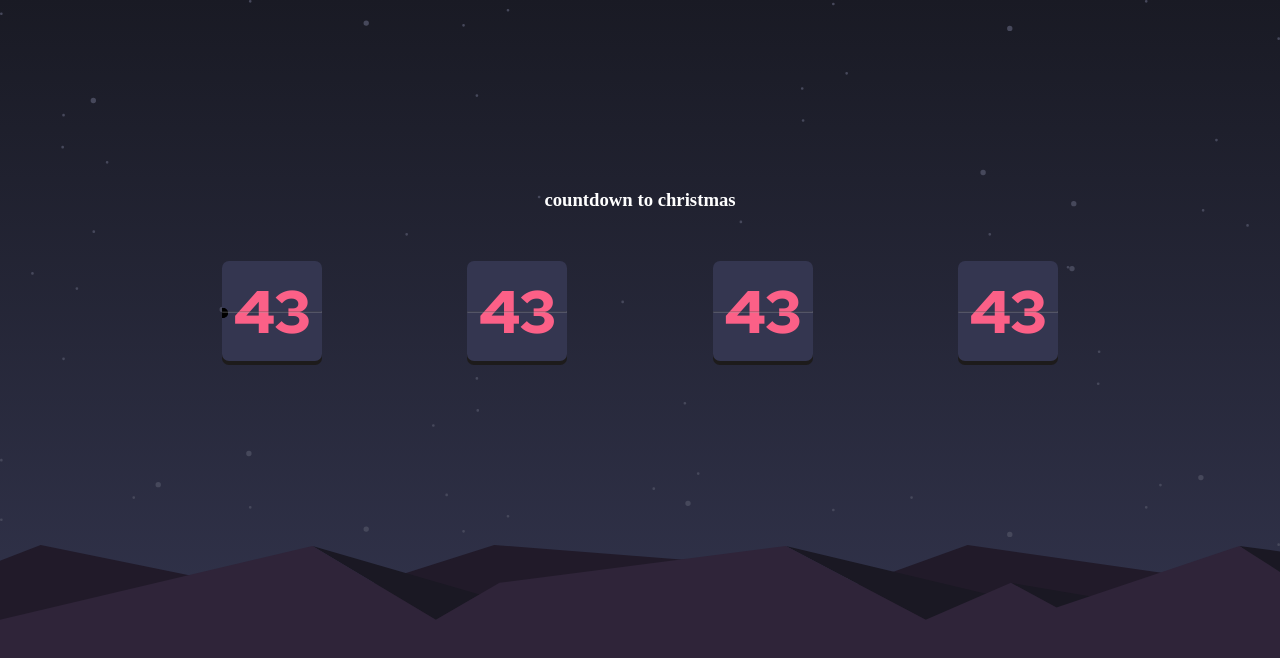
Repository: Eugene44-hub/countdown
Page: index.html
These files come from the project's save history. The page is drawn as it stood at one moment and after the next save; the edit follows.
The browser window is 1280 px wide. The pictures show the whole page.

Above is the page before, as saved 2021-09-12 03:49:37.

After the next save:
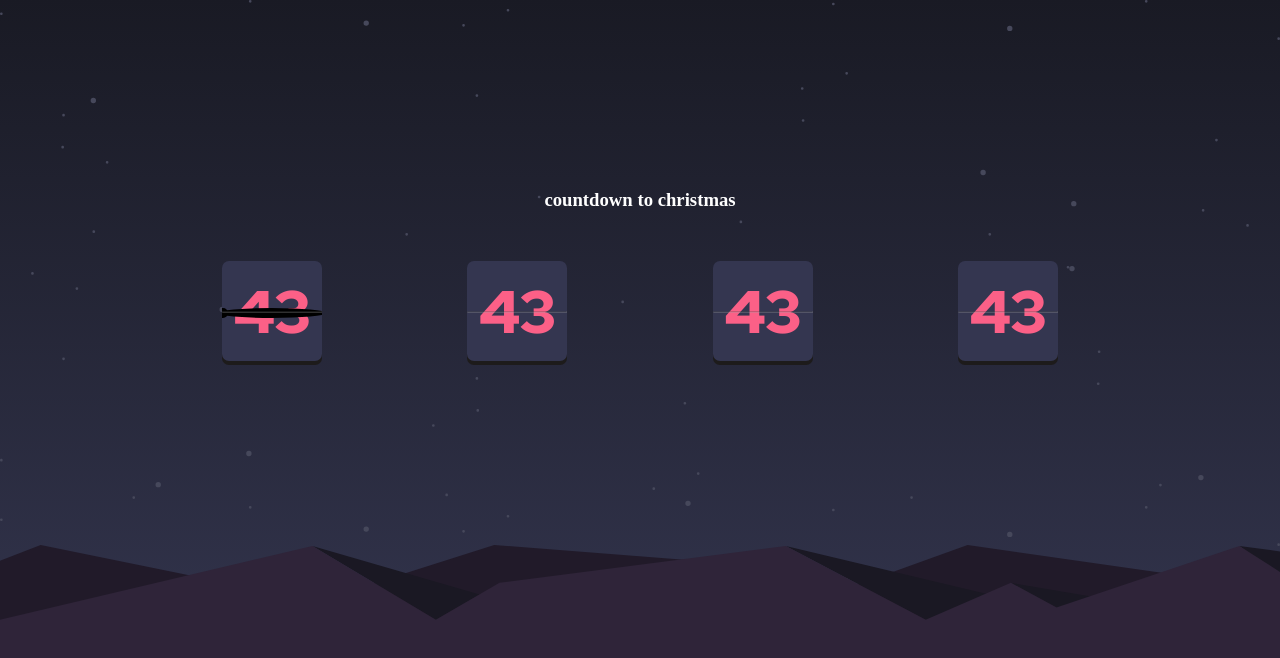
Saved 5 s later.
--- a/style.css
+++ b/style.css
@@ -73,7 +73,7 @@ p {
 }
 
 .circle2 {
-    right:
+    right: -4px
 }
 
 hr {
